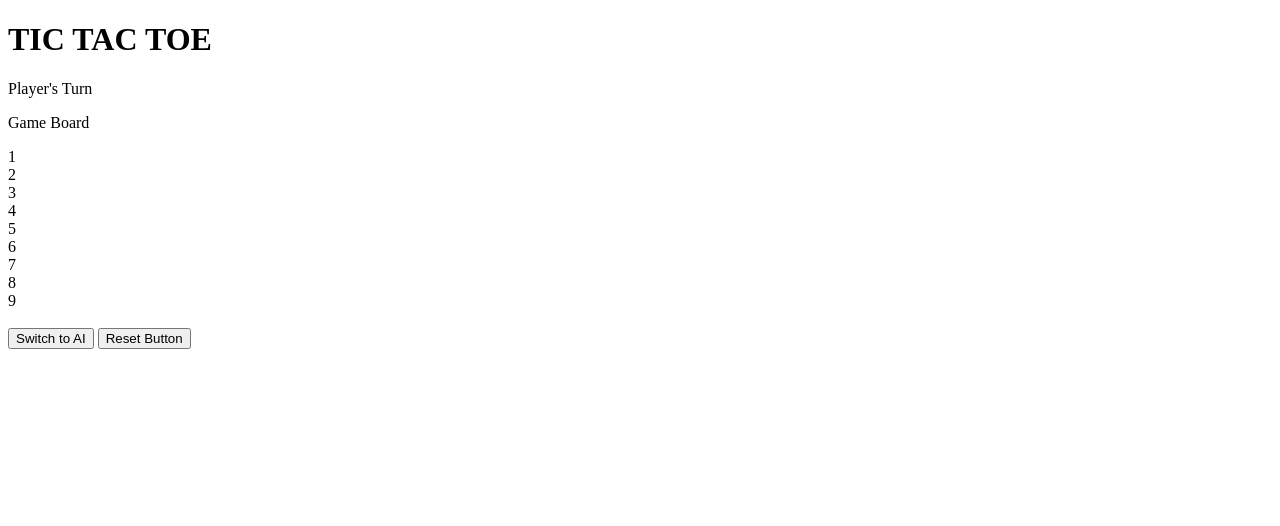
Repository: Yash19075/TicTacToe-game
Page: TicTacToe.html
The author's editor kept a copy of each file at every save. The page is drawn from the files as they stood at one save, then again after the next save.
The browser window is 1280 px wide. The pictures show the whole page.

Above is the page before, as saved 2025-03-08 22:27:00.

After the next save:
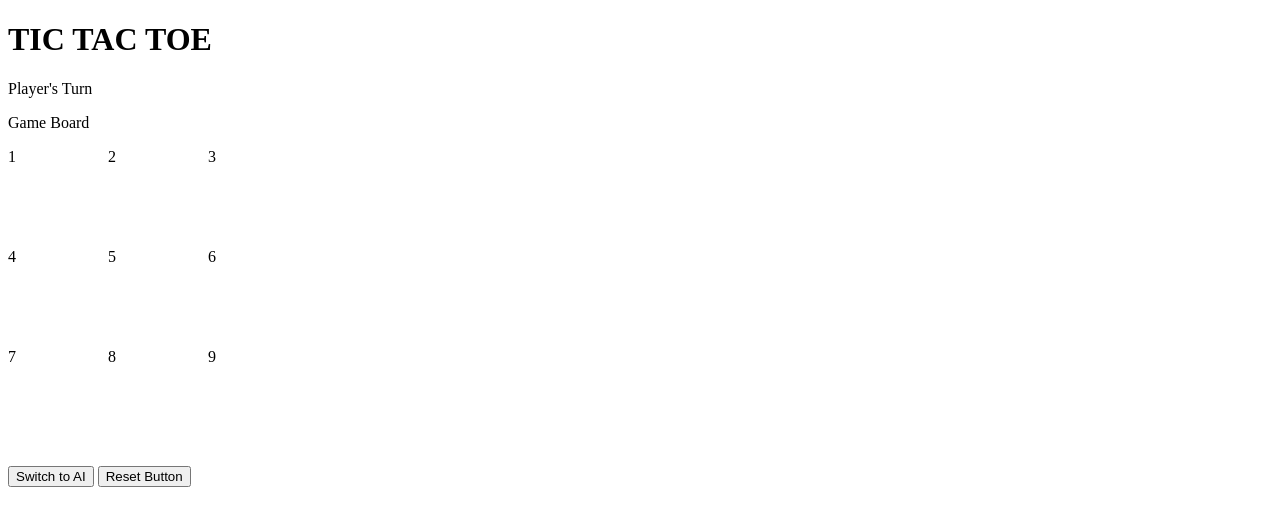
Saved 30 s later.
--- a/TicTacToe.css
+++ b/TicTacToe.css
@@ -1,3 +1,5 @@
 .css-board {
     display: grid;
+    grid-template-columns: repeat(3, 100px);
+    grid-template-rows: repeat(3, 100px);
 }
